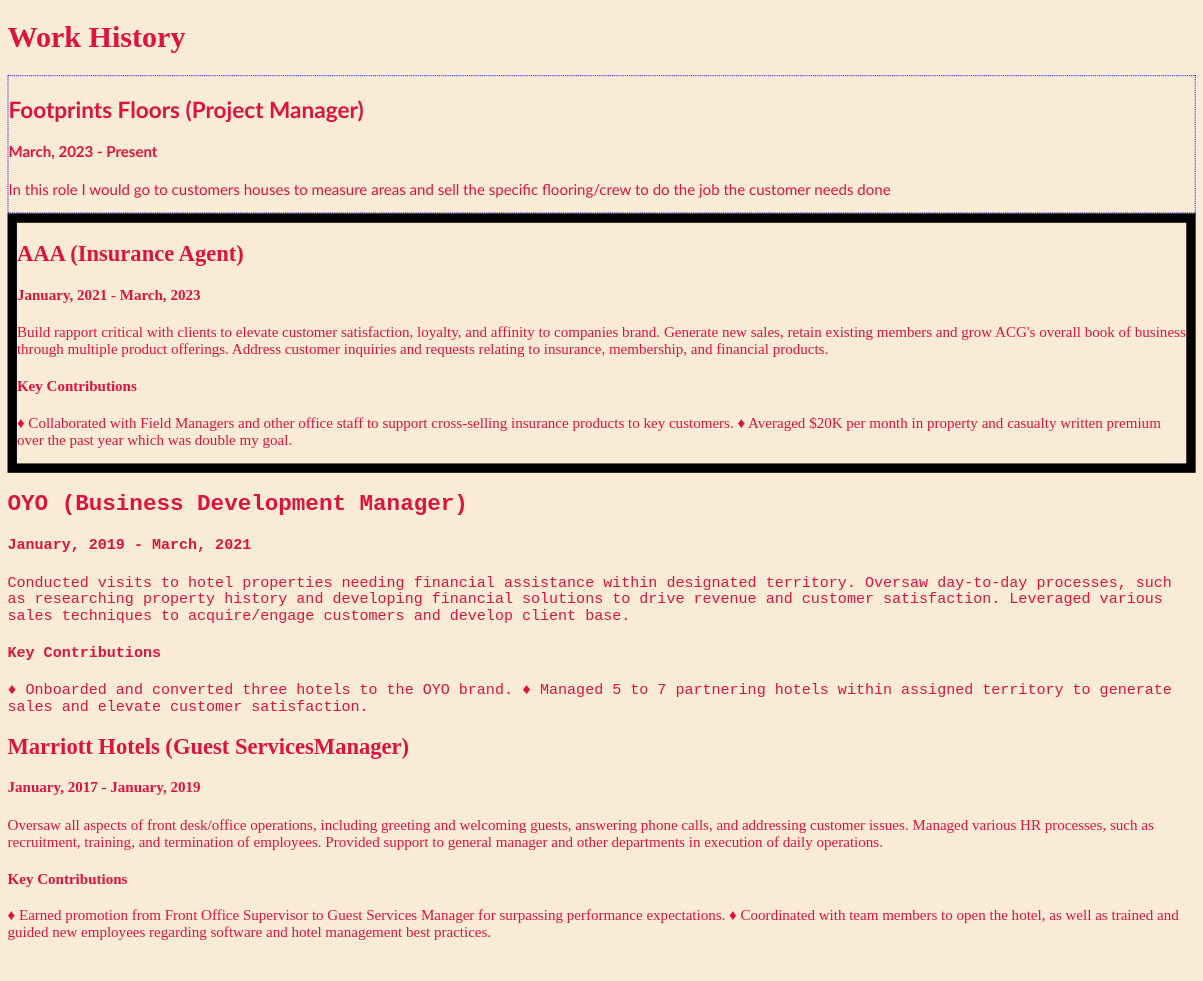
Repository: TEazy2433/LAB-HTML-Resume
Page: index.html
These files come from the project's save history. The page is drawn as it stood at one moment and after the next save; the edit follows.
The browser window is 1280 px wide. The pictures show the whole page, at 94% of full size.

Above is the page before, as saved 2023-10-11 20:32:17.

After the next save:
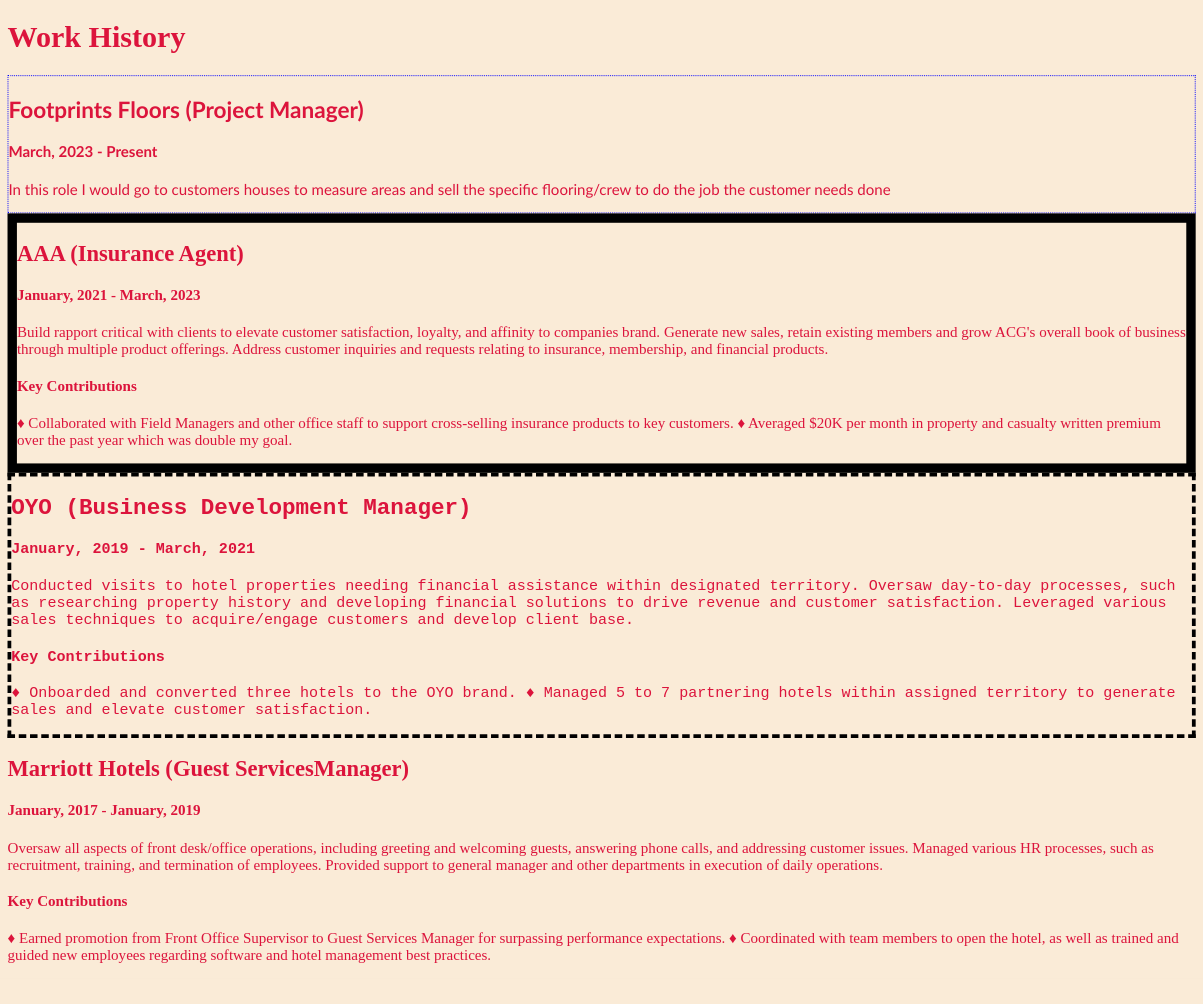
Saved 2 min 15 s later.
--- a/main.css
+++ b/main.css
@@ -35,6 +35,7 @@
 
 #articleThree{
   font-family: 'Courier New', Courier, monospace;
+  border: 4px dashed
 }
 
 #articleFour{
